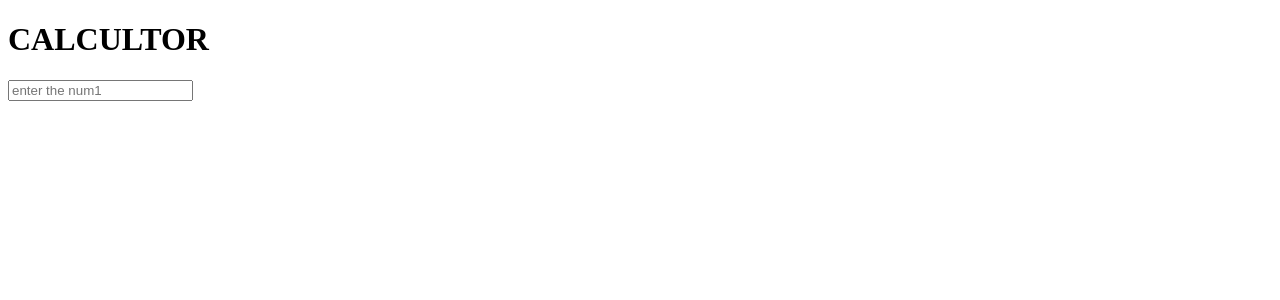
Repository: VIJAYkollu-7568/rakhi
Page: jsp/src/main/webapp/calculator.html
An editor plug-in stored every save of this project. The page is shown before and after the next save, followed by the edit.
The browser window is 1280 px wide. The pictures show the whole page.

Above is the page before, as saved 2024-11-07 09:27:46.

### jsp/src/main/webapp/calculator.html
<!DOCTYPE html>
<html>
<head>
<meta charset="UTF-8">
<title>Insert title here</title>
</head>
<body>
<h1>CALCULTOR</h1>

<input placeholder="enter the num1" type="text" name="num1">







</body>
</html>

After the next save:
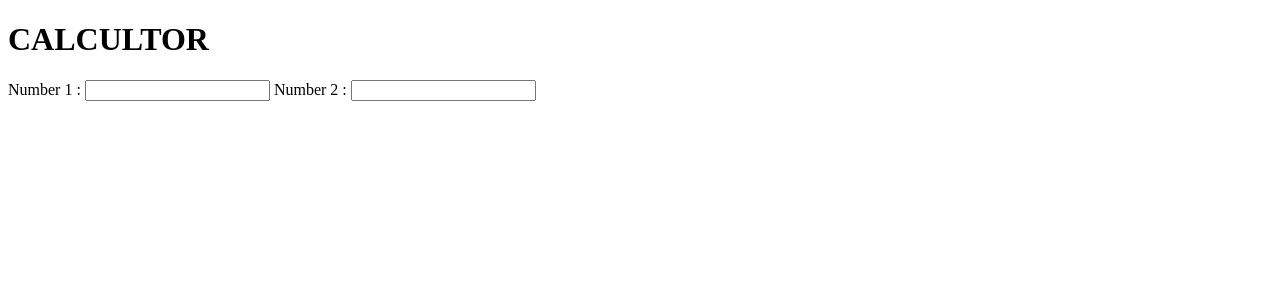
Saved 33 s later.
--- a/jsp/src/main/webapp/calculator.html
+++ b/jsp/src/main/webapp/calculator.html
@@ -7,7 +7,9 @@
 <body>
 <h1>CALCULTOR</h1>
 
-<input placeholder="enter the num1" type="text" name="num1">
+Number 1 : <input type="text" name="num1">
+
+Number 2 : <input type="text" name="num2">
 
 
 
